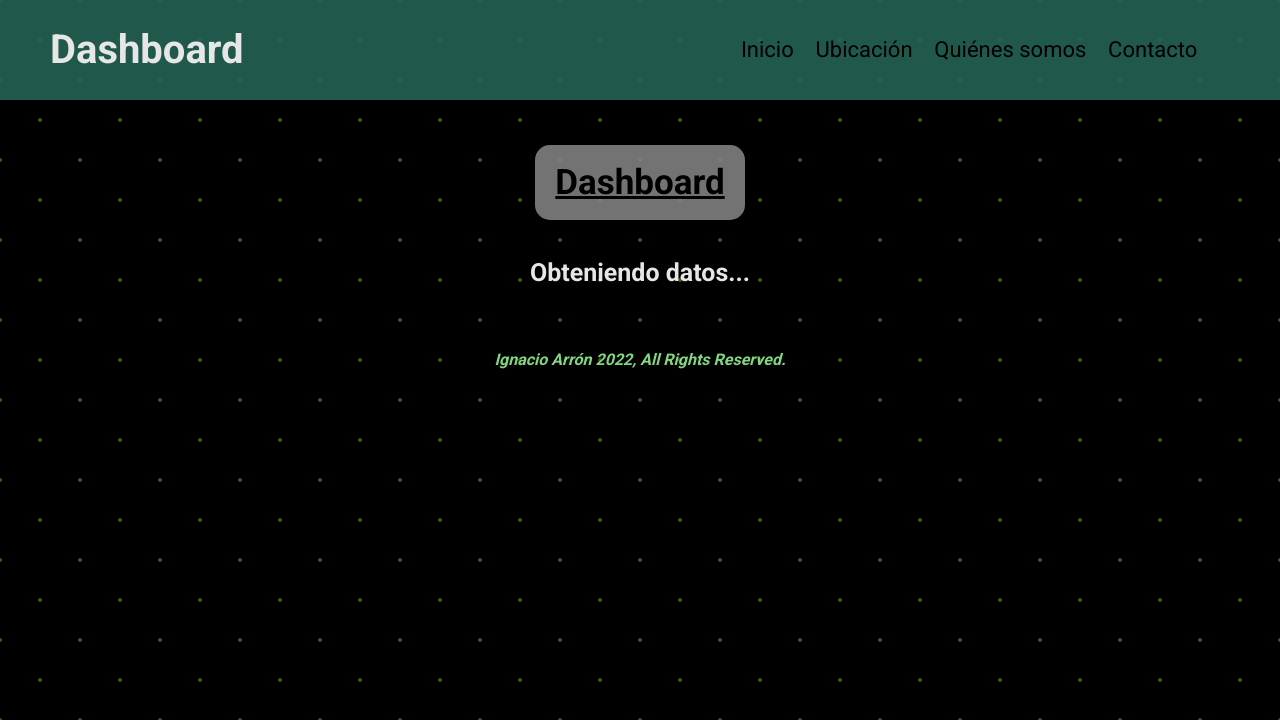
Repository: Divineridh/lppa-parcial2
Page: dashboard.html
The author's editor kept a copy of each file at every save. The page is drawn from the files as they stood at one save, then again after the next save.
The browser window is 1280 px wide. The pictures show the whole page.
The page's requests for data from a server got no answer. Some web libraries are served in a nearby version.

Above is the page before, as saved 2022-07-04 20:54:27.

After the next save:
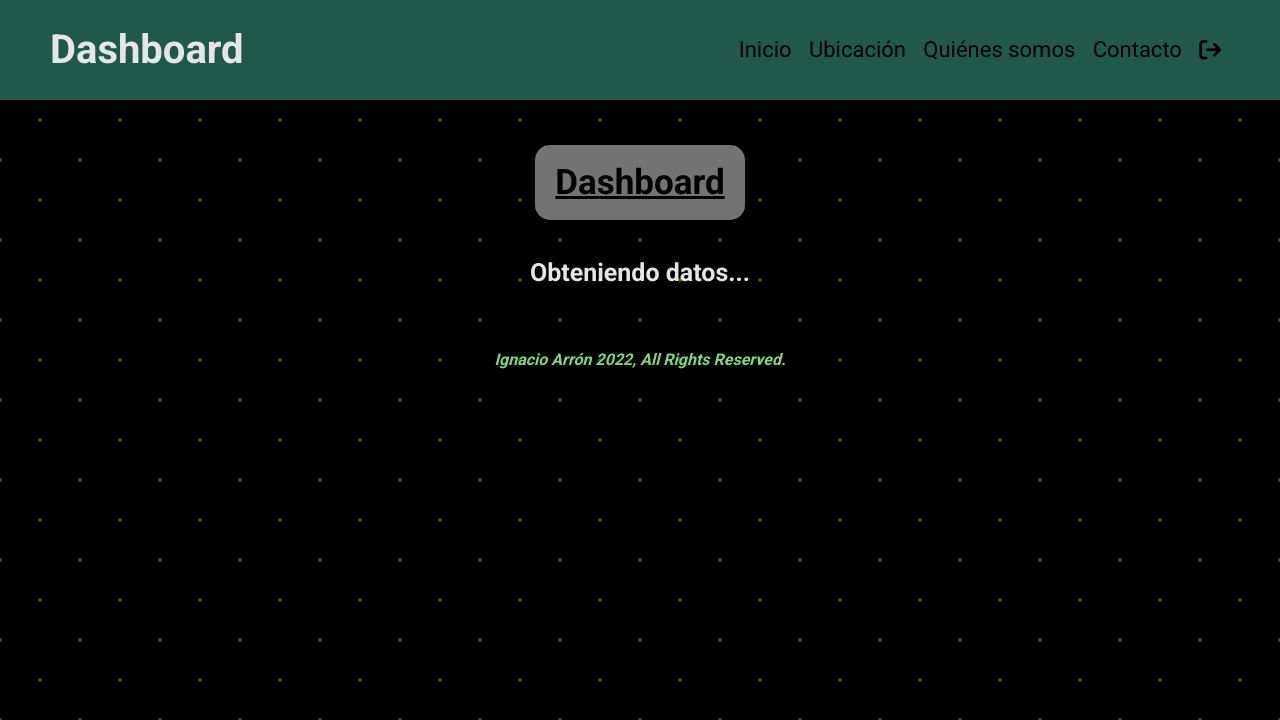
Saved 22 s later.
--- a/dashboard.html
+++ b/dashboard.html
@@ -9,6 +9,7 @@
     <link rel="stylesheet" href="/styles/dashboard.css">
     <link rel="shortcut icon" href="images/favicon.ico" type="image/x-icon">
     <script src="/scripts/dashboard.js"></script>
+    <script src="https://kit.fontawesome.com/1fd347d60f.js" crossorigin="anonymous"></script>
     <title>Dashboard</title>
 </head>
 <body>
